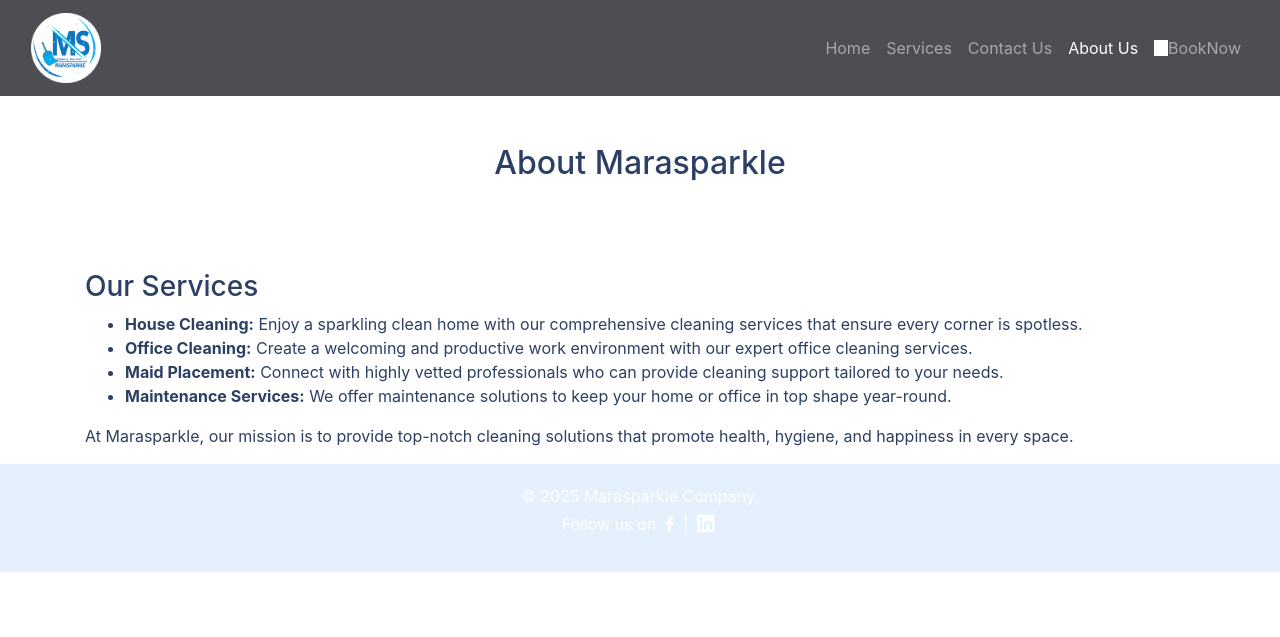
Repository: guineveretim/sparkle
Page: http://localhost/about/
An editor plug-in stored every save of this project. The page is shown before and after the next save, followed by the edit.
The browser window is 1280 px wide. The pictures show the whole page.
The page is served by the project's application, run on Django 5.2 (manage.py).

Above is the page before, as saved 2025-04-16 10:38:26.

After the next save:
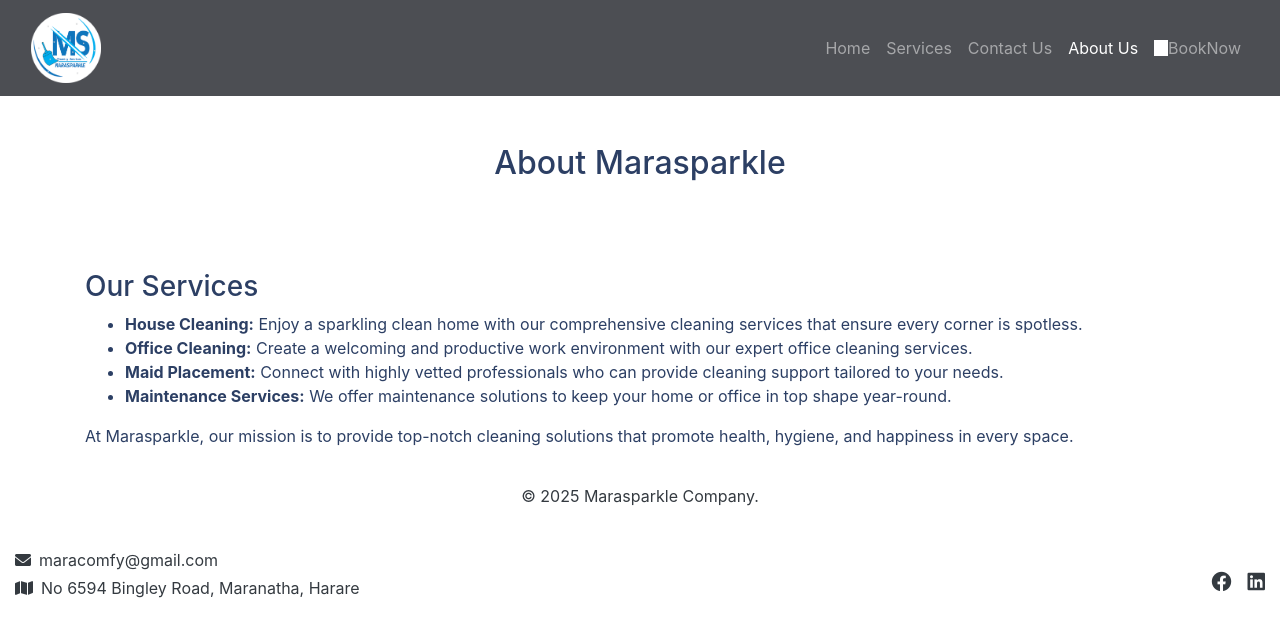
Saved 63 s later.
--- a/templates/application/about.html
+++ b/templates/application/about.html
@@ -93,29 +93,53 @@
         </ul>
 
         <p style="color:#2c3f64;">At Marasparkle, our mission is to provide top-notch cleaning solutions that promote health, hygiene, and happiness in every space.</p>
-    </div>
+     </div>
     <!-- ***** About Section End ***** -->
 
 
-    <footer class="footer text-center" style="background-color: rgba(166, 206, 243, 0.3); padding: 20px 0;">
+    <footer class="footer text-center" style="background-color: rgba(255, 255, 255, 0.3); padding: 20px 0;">
         <div class="container-fluid">
             <div class="row">
                 <div class="col-12">
-                    <p class="mb-1 text-white">© 2025 Marasparkle Company.</p>
-                    <p class="text-white">
-                        Follow us on
-                        <a href="https://www.facebook.com/profile.php?id=61573551016908" class="mx-1 text-white" aria-label="Follow us on Facebook">
-                            <i class="fab fa-facebook-f"></i>
-                        </a>
-                        |
-                        <a href="https://linkedin.com" class="mx-1 text-white" aria-label="Follow us on LinkedIn">
-                            <i class="fab fa-linkedin fa-lg"></i>
-                        </a>
-                    </p>
+                    <p class="mb-1 text-dark">© 2025 Marasparkle Company.</p>
+
                 </div>
             </div>
         </div>
     </footer>
+
+    <div class="sub-header  text-dark py-3" style="  background-color:rgb(255, 255, 255);">
+        <div class="container-fluid">
+            <div class="row align-items-center">
+                <div class="col-lg-8 col-md-8 col-sm-12 text-center text-md-left mb-3 mb-md-0">
+                    <ul class="list-unstyled">
+                        <li class="d-flex align-items-center mb-1">
+                            <i class="fa fa-envelope mr-2"></i>
+                            <span>maracomfy@gmail.com</span>
+                        </li>
+                        <li class="d-flex align-items-center">
+                            <i class="fa fa-map mr-2"></i>
+                            <span>No 6594 Bingley Road, Maranatha, Harare</span>
+                        </li>
+                    </ul>
+                </div>
+                <div class="col-lg-4 col-md-4 col-sm-12 text-center text-md-right">
+                    <ul class="list-unstyled d-flex justify-content-center justify-content-md-end mb-0">
+                        <li class="mr-3">
+                            <a href="https://www.facebook.com/profile.php?id=61573551016908" class="text-dark" aria-label="Facebook">
+                                <i class="fab fa-facebook fa-lg"></i>
+                            </a>
+                        </li>
+                        <li>
+                            <a href="https://linkedin.com" class="text-dark" aria-label="LinkedIn">
+                                <i class="fab fa-linkedin fa-lg"></i>
+                            </a>
+                        </li>
+                    </ul>
+                </div>
+            </div>
+        </div>
+    </div>
 
 <!-- jQuery first, then Popper.js, then Bootstrap JS -->
 <script src="https://code.jquery.com/jquery-3.3.1.slim.min.js" integrity="sha384-q8i/X+965DzO0rT7abK41JStQIAqVgRVzpbzo5smXKp4YfRvH+8abtTE1Pi6jizo" crossorigin="anonymous"></script>
